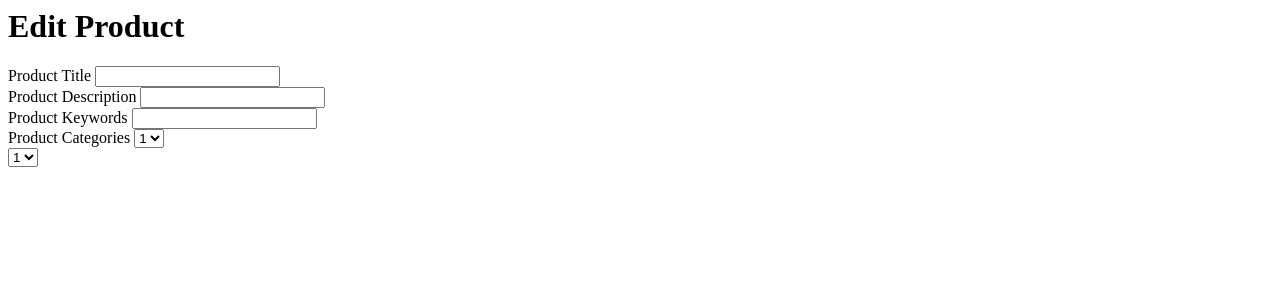
Repository: hahuuchinh2501/ecommerce_web
Page: http://localhost/admin_area/edit_products.php
An editor plug-in stored every save of this project. The page is shown before and after the next save, followed by the edit.
The browser window is 1280 px wide. The pictures show the whole page.
The page is run by PHP 8.4 with error messages shown; the project is at /var/www/html/.

Above is the page before, as saved 2025-03-09 17:11:16.

### admin_area/edit_products.php
<!-- Image 1 -->
<div class="container mt-5">
    <h1 class="text-center">Edit Product</h1>
    <form action="" method="post" enctype="multipart/form-data">
        <div class="form-outline w-50 m-auto mb-4">
            <label for="product_title" class="form-label">Product Title</label>
            <input type="text" id="product_title" name="product_title" class="form-control" required="required">
        </div>
        <div class="form-outline w-50 m-auto mb-4">
            <label for="product_desc" class="form-label">Product Description</label>
            <input type="text" id="product_desc" name="product_desc" class="form-control" required="required">
        </div>

<!-- Image 2 -->
        <div class="form-outline w-50 m-auto mb-4">
            <label for="product_keywords" class="form-label">Product Keywords</label>
            <input type="text" id="product_keywords" name="product_keywords" class="form-control" required="required">
        </div>
        <div class="form-outline w-50 m-auto mb-4">
   <label for="product_category" class="form-label">Product Categories</label>
   <select name="product_category" class="form-select">
       <option value="">1</option>
       <option value="">2</option>
       <option value="">3</option>
       <option value="">4</option>
       <option value="">5</option>
   </select>
</div>
<div class="form-outline w-50 m-auto mb-4">
   <select name="product_brands" class="form-select">
       <option value="">1</option>
       <option value="">2</option>
       <option value="">3</option>
       <option value="">4</option>
       <option value="">5</option>
   </select>
</div>
    </form>
</div>

After the next save:
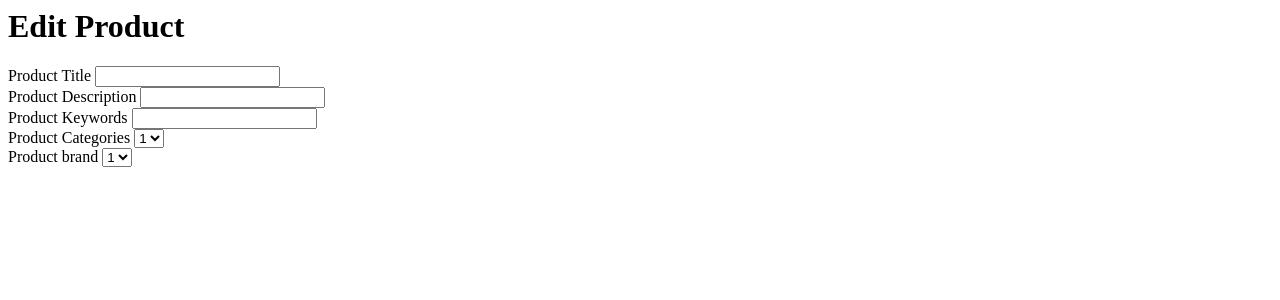
Saved 61 s later.
--- a/admin_area/edit_products.php
+++ b/admin_area/edit_products.php
@@ -27,6 +27,7 @@
    </select>
 </div>
 <div class="form-outline w-50 m-auto mb-4">
+    <label for="product_brands" class="form-label">Product brand</label>
    <select name="product_brands" class="form-select">
        <option value="">1</option>
        <option value="">2</option>
